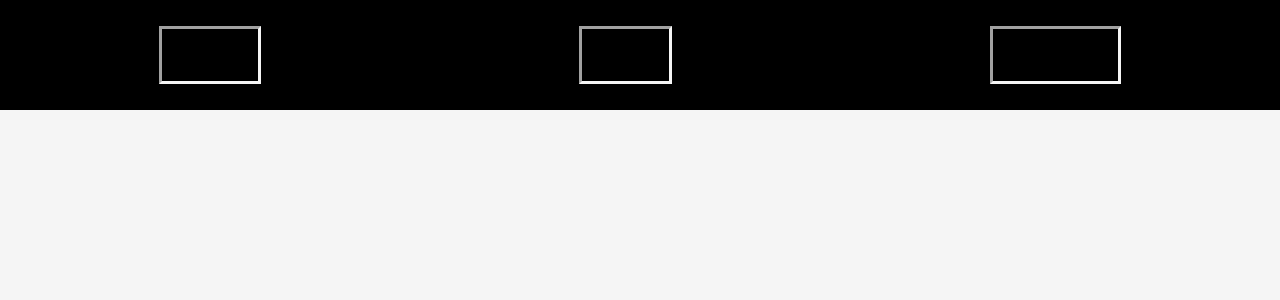
Repository: rickypcyt/WebMural
Page: /
The author's editor kept a copy of each file at every save. The page is drawn from the files as they stood at one save, then again after a run of saves.
The browser window is 1280 px wide. The pictures show the whole page.
The project was rebuilt for these pictures with package versions that can differ from the ones it lists, and the page was loaded fresh each time.

Above is the page before, as saved 2022-09-12 13:39:02.

After the next 3 saves:
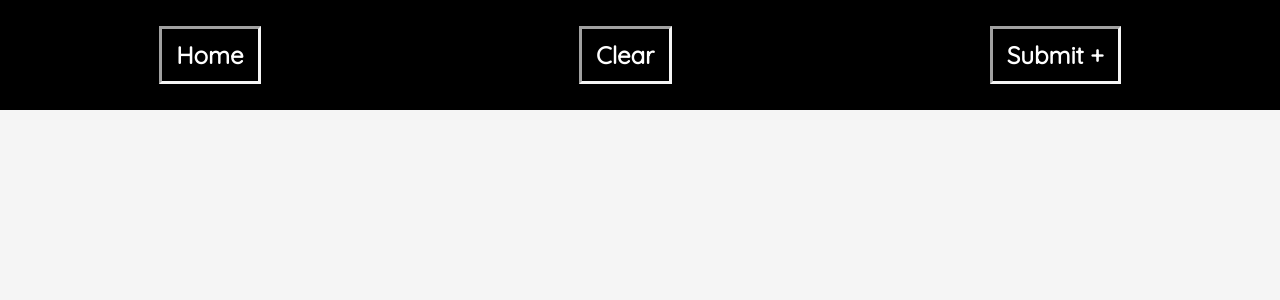
The 3 saves are shown as one change because they came seconds apart.
The last was saved 75 s later.
--- a/src/index.css
+++ b/src/index.css
@@ -66,6 +66,8 @@ ol {
   font-weight: bold;
   border-style: inset;
   border-color: whitesmoke;
+      color: white;
+
 
   font-size: x-large;
   padding: 1ch;
@@ -75,7 +77,7 @@ ol {
   font-style: oblique;
 }
 .oli:hover {
-  color: black;
+  color: whitesmoke;
   border-style: outset;
   border-color: whitesmoke;
 }
